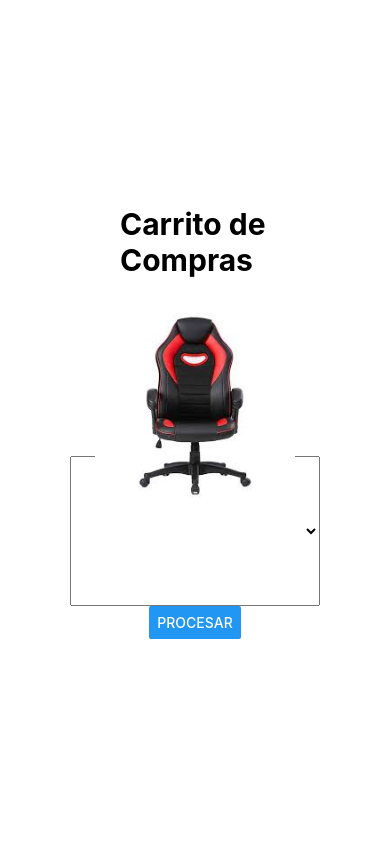
Repository: oscaredu1998/compras
Screen: / (app in frontend/)
An editor plug-in stored every save of this project. The screen is shown before and after the next save, followed by the edit.
The app was drawn by React Native's web renderer in a window 390 px wide. The project was rebuilt for these pictures with package versions that can differ from the ones it lists, and the page was loaded fresh each time.

Above is the screen before, as saved 2020-02-21 18:18:57.

### frontend/App.js
import React, { Component } from 'react';
import { Picker, View, Image, StyleSheet, Button, Text, Alert } from 'react-native';
import axios from 'axios';

const URL = "http://192.168.0.104:5000/api/";

export default class App extends Component {
  state = {
    response: ''
  }

  handleSelect = text => {
    this.setState({ response: text });
  };

  getData = () => {
    axios.get(URL+this.state.response)
    .then(response => {
      Alert.alert("Usted ha selecionado: " + JSON.stringify(response.data.empresa),
      ("Tiempo estimado de: " + JSON.stringify(response.data.tiempo) + " para su entrega"))
      // this.setState({ serverRes: response.data.datos })
    })
    .catch(error => {
      console.log(error)
    })
  }

  render() {
    return (
      <View style={styles.container}>
        <Text style={{width: 150, height: 50, fontSize: 30, fontWeight: 'bold'}}>Carrito de Compras</Text>
        <Image
            style={{width: 200, height: 200, top: 50}}
            source={require('./assets/images.jpg')}
          />
        <Picker style={{ height: 150, width: 250 }} onValueChange={this.handleSelect}>
          <Picker.Item label="" value="" />
          <Picker.Item label="Fedex" value="fedex" />
          <Picker.Item label="Correo del Ecuador" value="correos-ecuador" />
          <Picker.Item label="Servientrega" value="servientrega" />
        </Picker>
        <Button
          title="Procesar"
          onPress = {() => {this.getData()}}
          // onPress={() => alert(JSON.stringify(this.state.response))}
        />
      </View>
    )
  }
}


const styles = StyleSheet.create({
  container: {
    flex: 1,
    backgroundColor: '#fff',
    alignItems: 'center',
    justifyContent: 'center',
  },
});

After the next save:
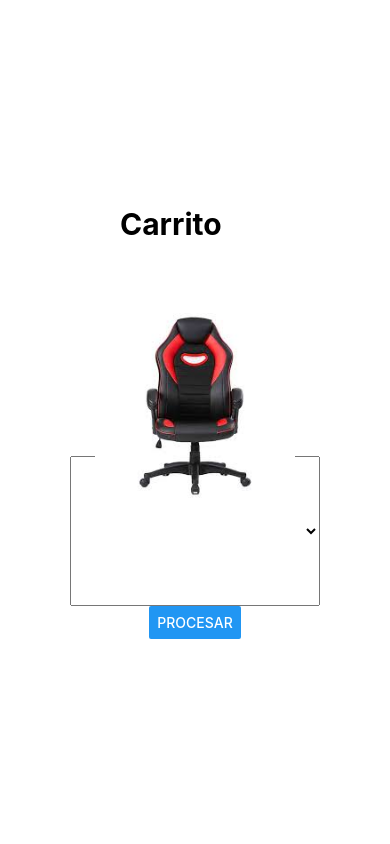
Saved 24 s later.
--- a/frontend/App.js
+++ b/frontend/App.js
@@ -28,7 +28,7 @@ export default class App extends Component {
   render() {
     return (
       <View style={styles.container}>
-        <Text style={{width: 150, height: 50, fontSize: 30, fontWeight: 'bold'}}>Carrito de Compras</Text>
+        <Text style={{width: 150, height: 50, fontSize: 30, fontWeight: 'bold'}}>Carrito </Text>
         <Image
             style={{width: 200, height: 200, top: 50}}
             source={require('./assets/images.jpg')}
